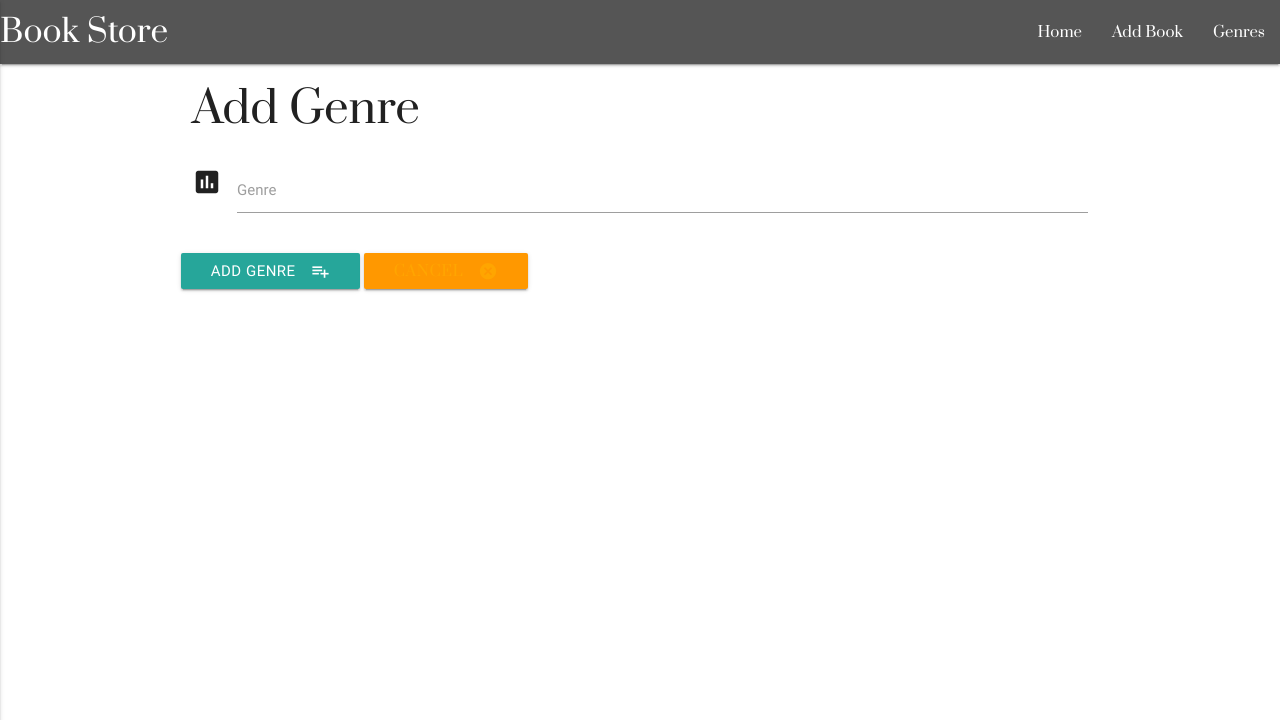
Repository: thodnett/book-store
Page: http://localhost/add_category
The author's editor kept a record of every edit. The page is drawn from the files as they stood at one moment, then again after the next edit.
The browser window is 1280 px wide. The pictures show the whole page.
Some web libraries are served in a nearby version. The page is served by the project's application, run on Flask 3 (app.py).

Above is the page before.

### templates/addcategory.html
{% extends 'base.html' %} {% block content %}

<h3 class="headings"> Add Genre </h3>
<div class="row">
   <form action="{{ url_for('insert_category')}}" method="POST" class="col s12">
         <div class="row">
            <div class="input-field col s12">
                <i class="material-icons prefix">poll</i>
                <input id="category_name" name="category_name" type="text" class="validate">
                <label for="category_name">Genre</label>
            </div>
        </div>
            <div class="row">
                <button class="btn waves-effect waves-light" type="submit" name="action">Add Genre
                <i class="material-icons right">playlist_add</i>
              </button>
             <a href="{{ url_for('get_categories')}}" class="waves-effect waves-light btn orange">
                <i class="material-icons right">cancel</i>Cancel
            </a>

            </div>
        </div>
    </form>
</div>
{% endblock %}

### templates/base.html
<!DOCTYPE html>
<html lang="en">

<head>

   <link href="https://fonts.googleapis.com/icon?family=Material+Icons" rel="stylesheet">
   <link rel="stylesheet" href="https://cdnjs.cloudflare.com/ajax/libs/materialize/0.100.2/css/materialize.min.css">
    <link rel="stylesheet" href="{{url_for('static', filename='css/style.css')}}" type="text/css"/>
</head>
<body>
    <header>
        <nav>
            <div class="nav-wrapper">
                <a href="{{url_for('get_books')}}" class="brand-logo">Book Store</a>
                <a href="#" data-activates="mobile-demo" class="button-collapse"><i class="material-icons">menu</i></a>
                <ul id="nav-mobile" class="right hide-on-med-and-down">
                    <li><a href="{{url_for('get_books')}}">Home</a></li>
                    <li><a href="{{url_for('add_book')}}">Add Book</a></li>
                    <li><a href="{{url_for('get_categories')}}">Genres</a></li>
                </ul>
                <ul class="side-nav" id="mobile-demo">
                    <li><a href="{{url_for('get_books')}}">Home</a></li>
                    <li><a href="{{url_for('add_book')}}">Add Book</a></li>
                    <li><a href="{{url_for('get_categories')}}">Genres</a></li>
                </ul>
            </div>
        </nav>
    </header>
    <div class="container">
    {% block content %}
    {% endblock %}
    </div>


<script src="https://cdnjs.cloudflare.com/ajax/libs/jquery/3.2.1/jquery.min.js"></script>
<script src="https://cdnjs.cloudflare.com/ajax/libs/materialize/0.100.2/js/materialize.min.js"></script>
<script type="text/javascript">
$(document).ready(function() {
      $('select').material_select();
      $(".button-collapse").sideNav();
        });

</script>
</body>
</html>

### app.py
import os
from flask import Flask,  render_template, redirect, request, url_for
from flask_pymongo import PyMongo
from bson.objectid import ObjectId


app = Flask(__name__)

app.config["MONGO_DBNAME"] = 'book_store'
app.config["MONGO_URI"] = 'mongodb+srv://thodnett:Pass1234@myfirstcluster-2pyxt.mongodb.net/book_store?retryWrites=true&w=majority'

mongo = PyMongo(app)



@app.route('/')
@app.route('/get_books')
def get_books():
    return render_template("books.html", books=mongo.db.books.find())

@app.route('/add_book')
def add_book():
    return render_template("addbook.html",  categories=mongo.db.categories.find())

@app.route('/insert_book', methods=['POST'])
def insert_book():
    books = mongo.db.books
    books.insert_one(request.form.to_dict())
    return redirect(url_for('get_books'))

@app.route('/edit_book/<book_id>')
def edit_book(book_id):
    the_book =  mongo.db.books.find_one({"_id": ObjectId(book_id)})
    all_categories =  mongo.db.categories.find()
    return render_template('editbook.html', book=the_book, categories=all_categories)

@app.route('/update_book/<book_id>', methods=['POST'])
def update_book(book_id):
    books = mongo.db.books
    books.update( {'_id': ObjectId(book_id)},
    {
        'book_name':request.form.get('book_name'),
        'category_name':request.form.get('category_name'),
        'book_author':request.form.get('book_author'),
        'book_descrip':request.form.get('book_descrip'),
        'book_review':request.form.get('book_review'),
        'cover_link':request.form.get('cover_link'),
        'purch_link':request.form.get('purch_link')
    })
    return redirect(url_for('get_books'))

@app.route('/delete_book/<book_id>')
def delete_book(book_id):
    mongo.db.books.remove({'_id': ObjectId(book_id)})
    return redirect(url_for('get_books'))

@app.route('/get_categories')
def get_categories():
    return render_template('categories.html',
    categories=mongo.db.categories.find())

@app.route('/edit_category/<category_id>')
def edit_category(category_id):
    return render_template('editcategory.html',
    category=mongo.db.categories.find_one({'_id': ObjectId(category_id)}))

@app.route('/update_category/<category_id>', methods=['POST'])
def update_category(category_id):
    mongo.db.categories.update(
        {'_id': ObjectId(category_id)},
        {'category_name': request.form.get('category_name')})
    return redirect(url_for('get_categories'))

@app.route('/delete_category/<category_id>')
def delete_category(category_id):
    mongo.db.categories.remove({'_id': ObjectId(category_id)})
    return redirect(url_for('get_categories'))

@app.route('/insert_category', methods=['POST'])
def insert_category():
    categories = mongo.db.categories
    category_doc ={'category_name': request.form.get('category_name')}
    categories.insert_one(category_doc)
    return redirect(url_for('get_categories'))

@app.route('/add_category')
def add_category():
    return render_template('addcategory.html')


if __name__ == '__main__':
    app.run(host=os.environ.get('IP'),
            port=int(os.environ.get('PORT')),
            debug=True)

### static/css/style.css
@import url('https://fonts.googleapis.com/css?family=Prata&display=swap');

/*----style navbar ----*/

.nav-wrapper {
    background-color: #555555;
    font-family: 'Prata', sans-serif;

}

/*--------card--------*/

.card-content, .card-action a {
    font-family: 'Prata', sans-serif;
}

/*-------headings-----*/

.headings {
    font-family: 'Prata', sans-serif;
}

.row a {
     font-family: 'Prata', sans-serif;
     color: orange;
}

After the next edit:
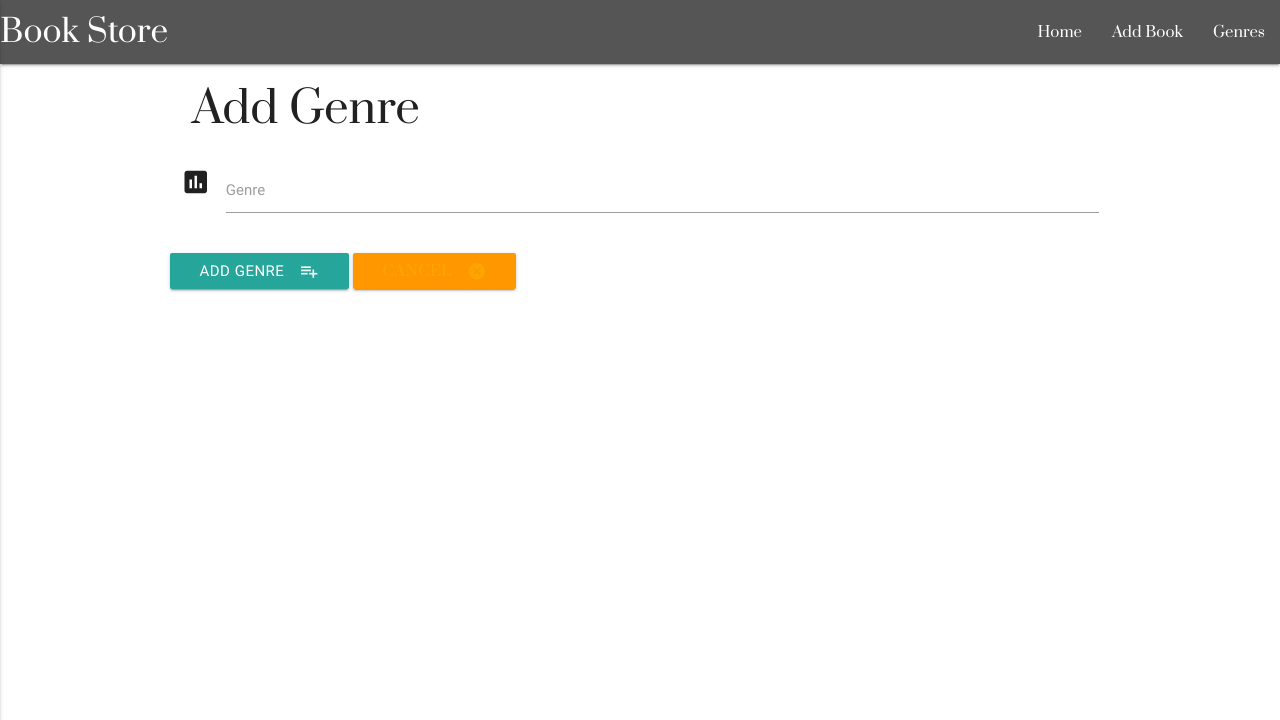
The edit:
--- a/templates/addcategory.html
+++ b/templates/addcategory.html
@@ -2,7 +2,7 @@
 
 <h3 class="headings"> Add Genre </h3>
 <div class="row">
-   <form action="{{ url_for('insert_category')}}" method="POST" class="col s12">
+   <form class="form" action="{{ url_for('insert_category')}}" method="POST" class="col s12">
          <div class="row">
             <div class="input-field col s12">
                 <i class="material-icons prefix">poll</i>
